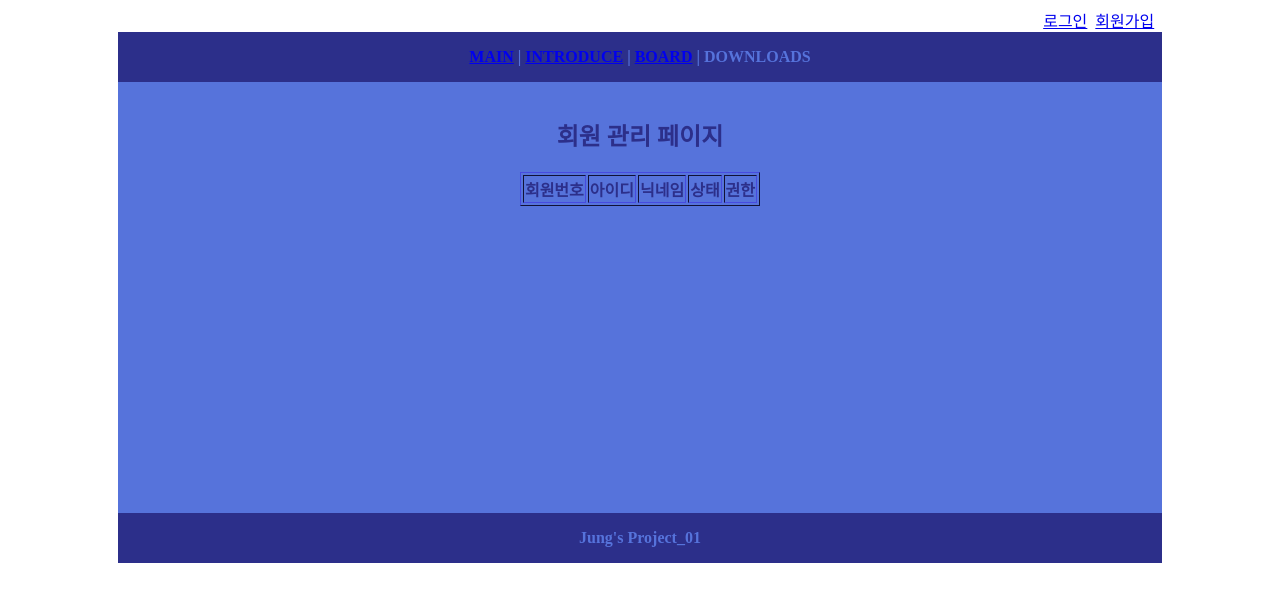
Repository: asas6306/Jungs_
Page: http://localhost/Board-Project1/WEB-INF/JSP/memberM.jsp
The author's editor kept a copy of each file at every save. The page is drawn from the files as they stood at one save, then again after the next save.
The browser window is 1280 px wide. The pictures show the whole page.
The page is served by Tomcat 9. Nobody is signed in. Other server files are loaded and not shown. The template is opened directly, without the code that normally fills it, so the values that code supplies are empty.

Above is the page before, as saved 2021-01-26 12:54:01.

### Board-Project1/WebContent/WEB-INF/JSP/memberM.jsp
<%@ page language="java" contentType="text/html; charset=UTF-8"
	pageEncoding="UTF-8"%>
<%@ taglib prefix="c" uri="http://java.sun.com/jsp/jstl/core" %>
<jsp:include page="/layout/header.jsp" />

<table border="1" class="table">
<caption><h2>회원 관리 페이지</h2></caption>
	<tr>
		<th>회원번호</th>
		<th>아이디</th>
		<th>닉네임</th>
		<th>상태</th>
		<th>권한</th>
	</tr>
	<c:forEach var="member" items="${am}">
		<tr>
			<td>${member.userid}</td>
			<td><a href="/Board-Project1/member.do?action=memberMpage&uid=${member.userid}">${member.ID}</a></td>
			<td>${member.nickname}</td>
			<td>${member.state}</td>
			<td>${member.mng}</td>
		</tr>
		<tr>
			<td colspan="5" align="center">
				<input type="button" value="뒤로가기" onclick="history.back()">
			</td>
		</tr>
	</c:forEach>
</table>

<jsp:include page="/layout/footer.jsp" />

### Board-Project1/WebContent/layout/header.jsp
<%@ page language="java" contentType="text/html; charset=UTF-8"
	pageEncoding="UTF-8"%>
<%@ taglib prefix="c" uri="http://java.sun.com/jsp/jstl/core"%>
<!DOCTYPE html>
<html>
<head>
<meta charset="UTF-8">
<title>Jung's Board Project_01</title>
<link rel="stylesheet" type="text/css"
	href="/Board-Project1/layout/layout.css">
</head>
<body>
	<div align="center">
		<div style="width: 82%" align="right">
			<c:choose>
				<c:when test="${m.state}">
					<a>${m.nickname}님 환영합니다!</a>&nbsp
					<a href="/Board-Project1/member.do?action=doLogout">로그아웃</a>&nbsp
					<a href="/Board-Project1/member.do?action=mypage">마이페이지</a>&nbsp
					<c:choose>
						<c:when test="${m.state}">
							<a href="/Board-Project1/management.do">관리페이지</a>&nbsp
						</c:when>
					</c:choose>
				</c:when>
				<c:when test="${!m.state}">
					<a href="/Board-Project1/member.do?action=login">로그인</a>&nbsp
					<a href="/Board-Project1/member.do?action=signup">회원가입</a>&nbsp
				</c:when>
			</c:choose>
		</div>
		<div class="header" align="center">
			<a href="/Board-Project1/main.do">MAIN</a> | <a
				href="/Board-Project1/main.do?action=introduce">INTRODUCE</a> | <a
				href="/Board-Project1/article.do?action=list">BOARD</a> | DOWNLOADS
		</div>
		<div class="main" align="center">
			<!-- haeder -->

### Board-Project1/WebContent/layout/footer.jsp

<!-- footer -->
</div>
<div class="footer" align="center">Jung's Project_01</div>
</div>
</body>
</html>

### Board-Project1/WebContent/layout/layout.css
@charset "UTF-8";

.headertop {
	width: 80%;
}

.header, .footer {
	width: 80%;
	padding: 1em;
	background: #2C2F8A;
	color: #5673DB;
	font: sans-serif;
	font-weight: bold;
}

.main {
	width: 80%;
	padding: 1em;
	min-height: 400px;
	padding-top: 15px;
	background: #5673DB;
	color: #BADCF5;
}

.table {
	border: 2px thin;
	border-color: #2C2F8A;
	font: sans-serif;
	font-style: normal;
	color: #2C2F8A;
}

After the next save:
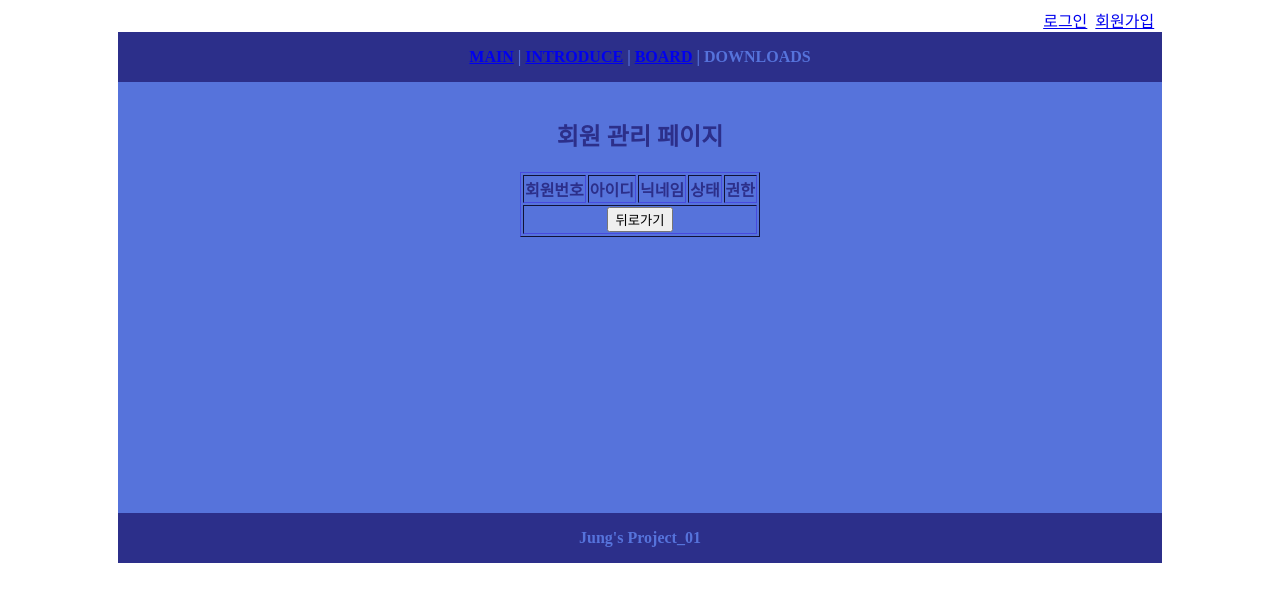
Saved 33 s later.
--- a/Board-Project1/WebContent/WEB-INF/JSP/memberM.jsp
+++ b/Board-Project1/WebContent/WEB-INF/JSP/memberM.jsp
@@ -20,12 +20,12 @@
 			<td>${member.state}</td>
 			<td>${member.mng}</td>
 		</tr>
-		<tr>
+	</c:forEach>
+	<tr>
 			<td colspan="5" align="center">
 				<input type="button" value="뒤로가기" onclick="history.back()">
 			</td>
 		</tr>
-	</c:forEach>
 </table>
 
 <jsp:include page="/layout/footer.jsp" />
